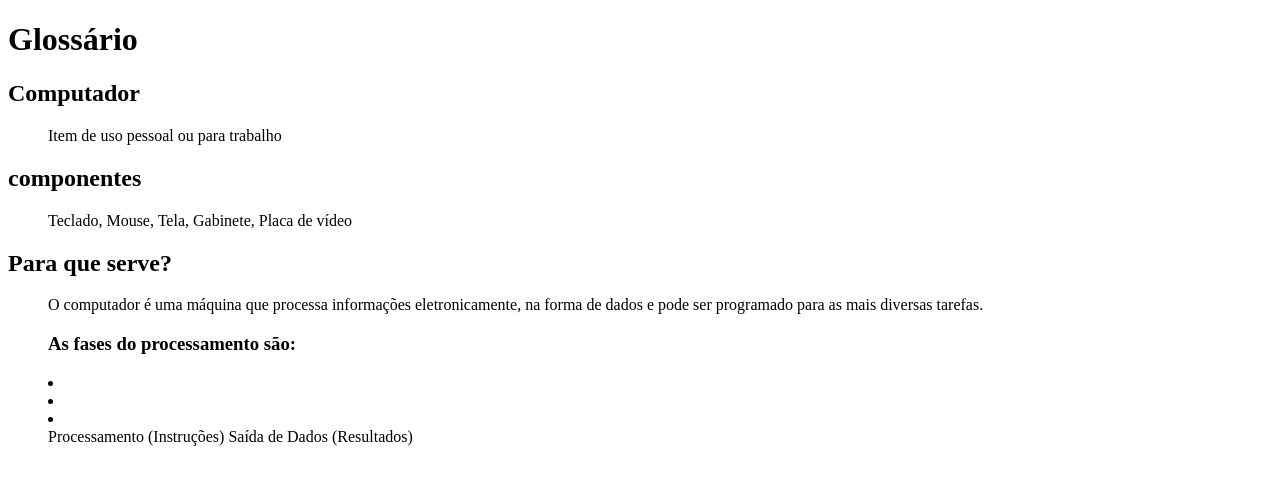
Repository: RenatoCCS/Mais1Code
Page: Rocketseat/Fundamentar/01 - O guia estelar de HTML/Desafios/1_Glossario/glossary.html
The author's editor kept a copy of each file at every save. The page is drawn from the files as they stood at one save, then again after a run of saves.
The browser window is 1280 px wide. The pictures show the whole page.

Above is the page before, as saved 2022-04-18 20:50:04.

After the next 3 saves:
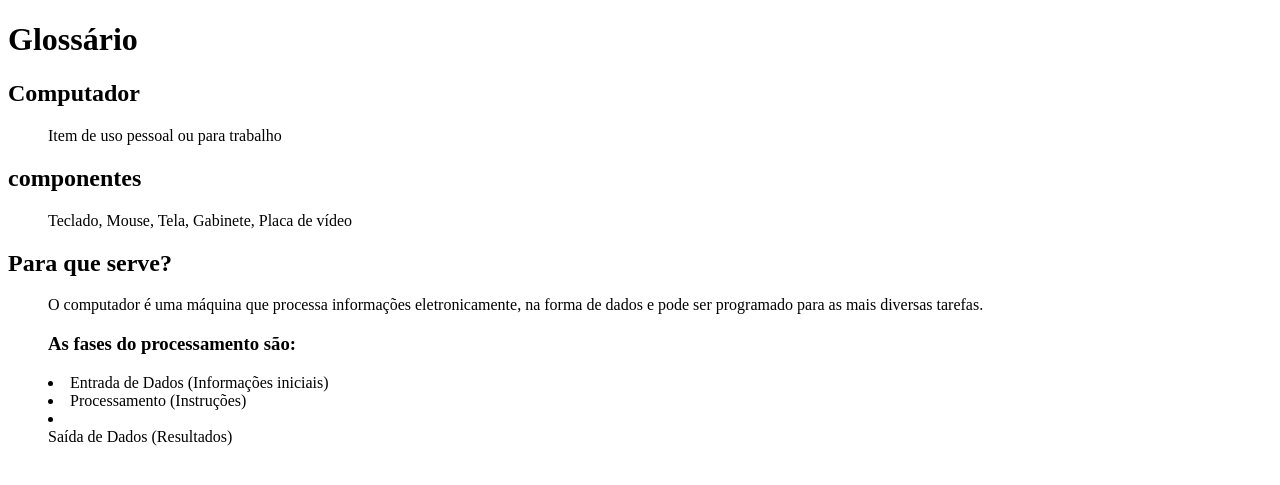
The 3 saves are shown as one change because they came seconds apart.
The last was saved 9 s later.
--- a/Rocketseat/Fundamentar/01 - O guia estelar de HTML/Desafios/1_Glossario/glossary.html
+++ b/Rocketseat/Fundamentar/01 - O guia estelar de HTML/Desafios/1_Glossario/glossary.html
@@ -21,11 +21,11 @@
 
     <h3>As fases do processamento são:</h3>
 
-    <li></li>
-    <li></li>
+    <li>Entrada de Dados (Informações iniciais)</li>
+    <li> Processamento (Instruções)</li>
     <li></li>
 
-    Processamento (Instruções)
+
 
     Saída de Dados (Resultados)</p></dd>
 
